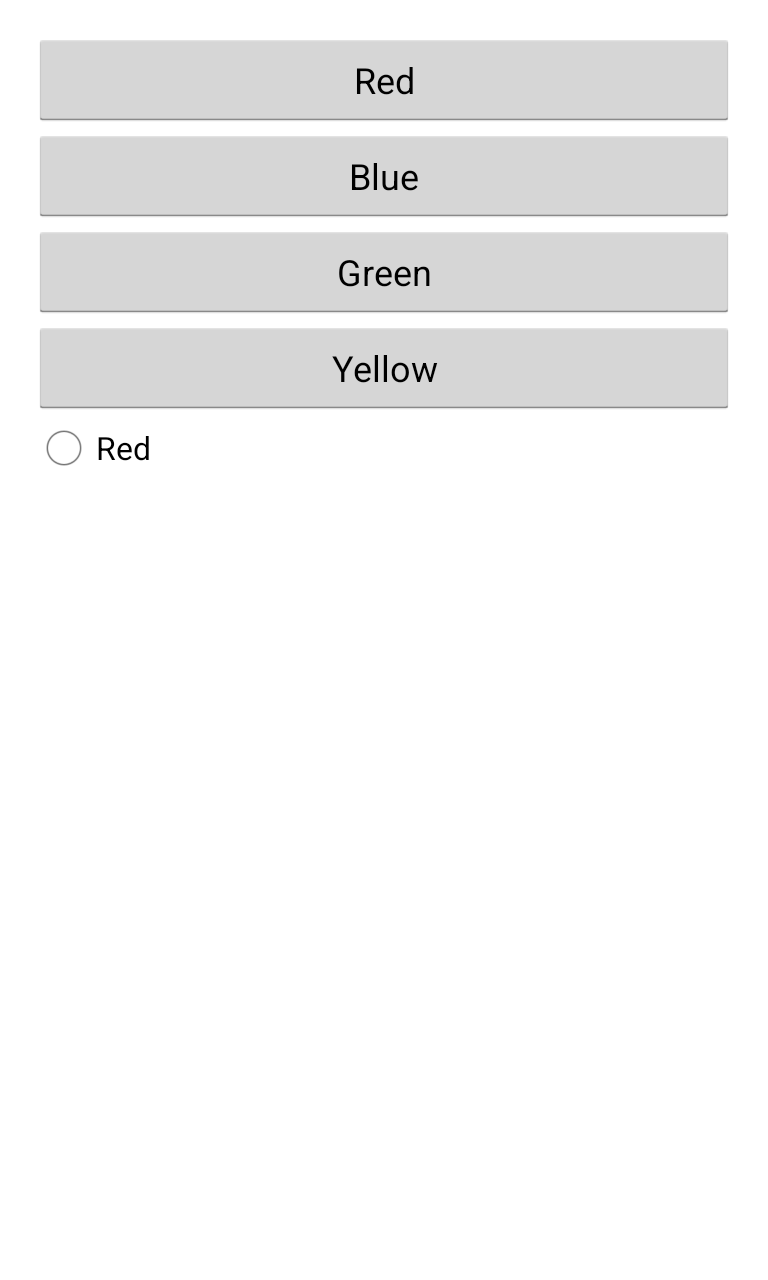
Repository: PatKelsh/IS-413
Layout: SimpleEvent/res/layout/activity_main.xml
These files come from the project's save history. The layout is drawn as it stood at one moment and after the next save; the edit follows.
It is drawn on a 768 x 1280 px phone screen (xhdpi) without system bars, with theme AppTheme; the app's code is not run.

Above is the layout before, as saved 2015-02-11 02:04:06.

After the next save:
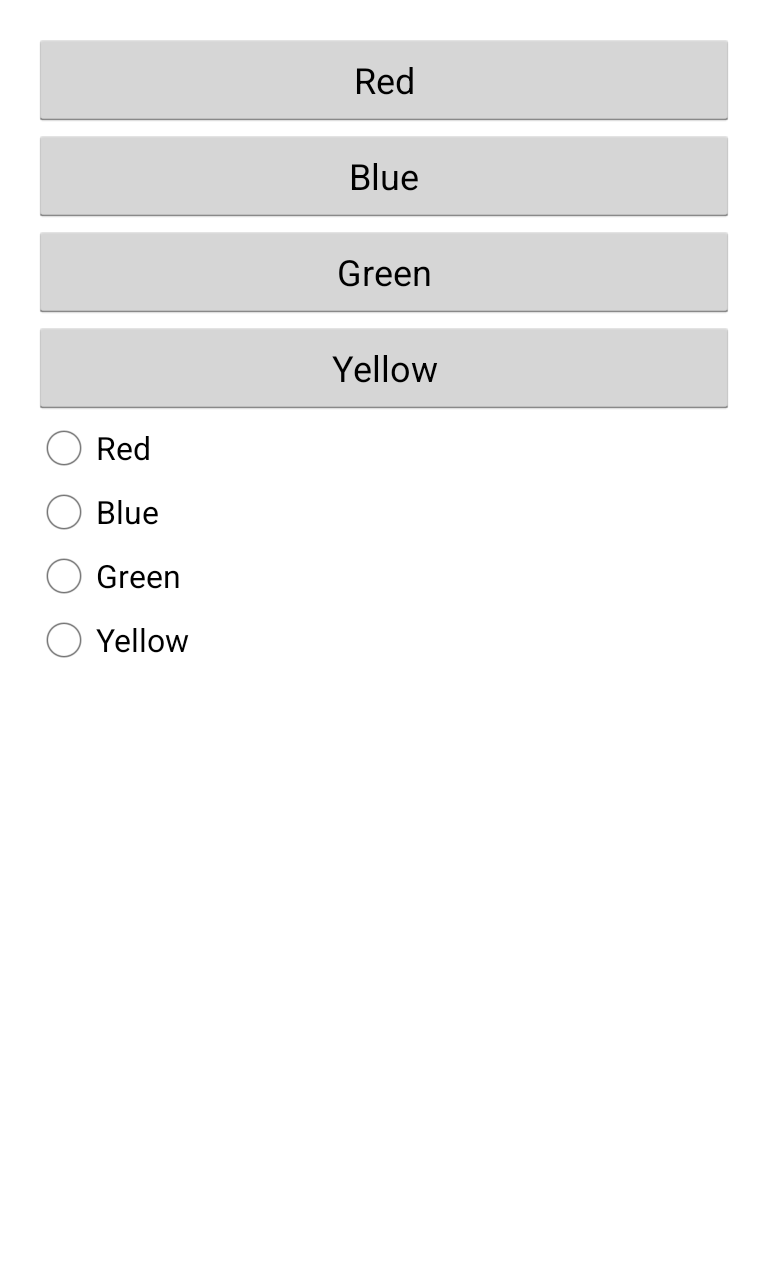
Saved 57 s later.
--- a/SimpleEvent/res/layout/activity_main.xml
+++ b/SimpleEvent/res/layout/activity_main.xml
@@ -47,6 +47,24 @@
             android:layout_width="wrap_content"
             android:text="@string/red_prompt"
             />
+        <RadioButton
+            android:id="@+id/radio_button2"
+            android:layout_height="wrap_content"
+            android:layout_width="wrap_content"
+            android:text="@string/blue_prompt"
+            />
+        <RadioButton
+            android:id="@+id/radio_button3"
+            android:layout_height="wrap_content"
+            android:layout_width="wrap_content"
+            android:text="@string/green_prompt"
+            />
+        <RadioButton
+            android:id="@+id/radio_button4"
+            android:layout_height="wrap_content"
+            android:layout_width="wrap_content"
+            android:text="@string/yellow_prompt"
+            />
 
     </RadioGroup>
 
